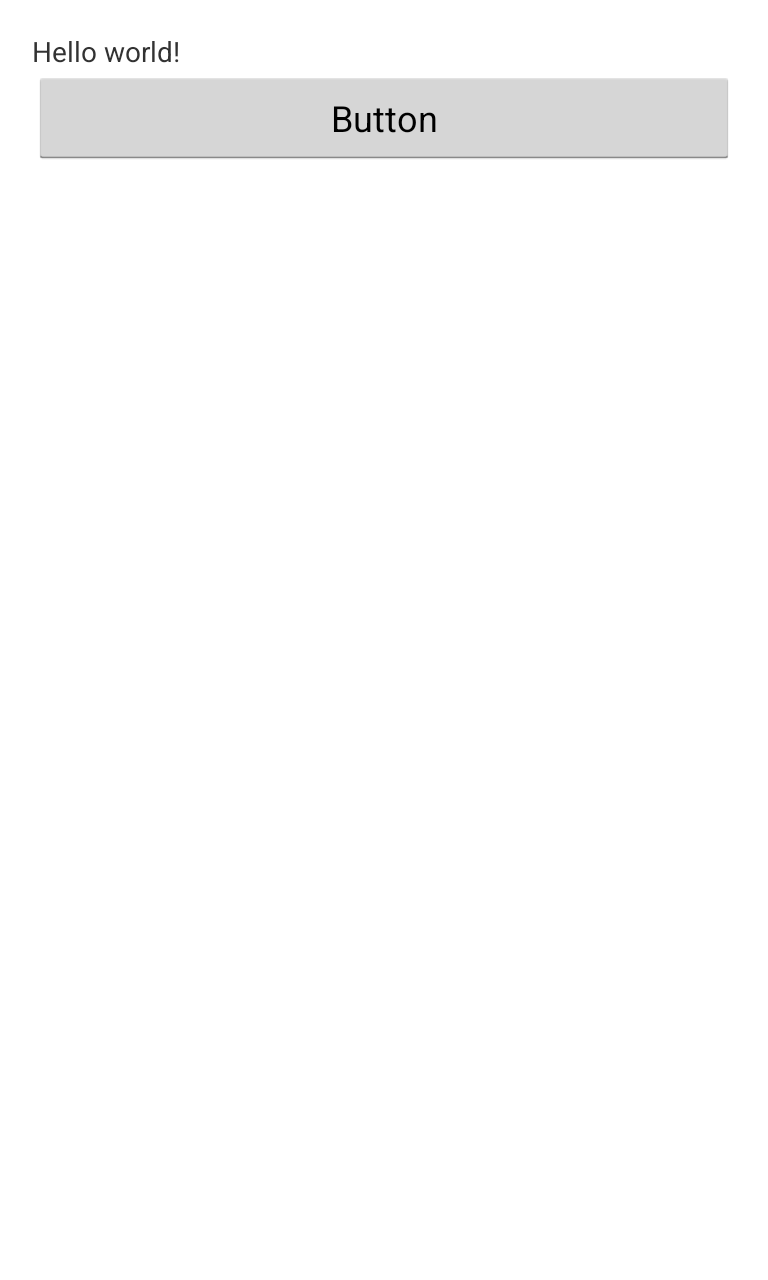
Repository: gperedo/AllAndroid
Layout: UltimateEmailIDEngine/res/layout/my_main.xml
An editor plug-in stored every save of this project. The layout is shown before and after the next save, followed by the edit.
It is drawn on a 768 x 1280 px phone screen (xhdpi) without system bars, with theme AppTheme; the app's code is not run.

Above is the layout before, as saved 2014-01-17 07:03:24.

After the next save:
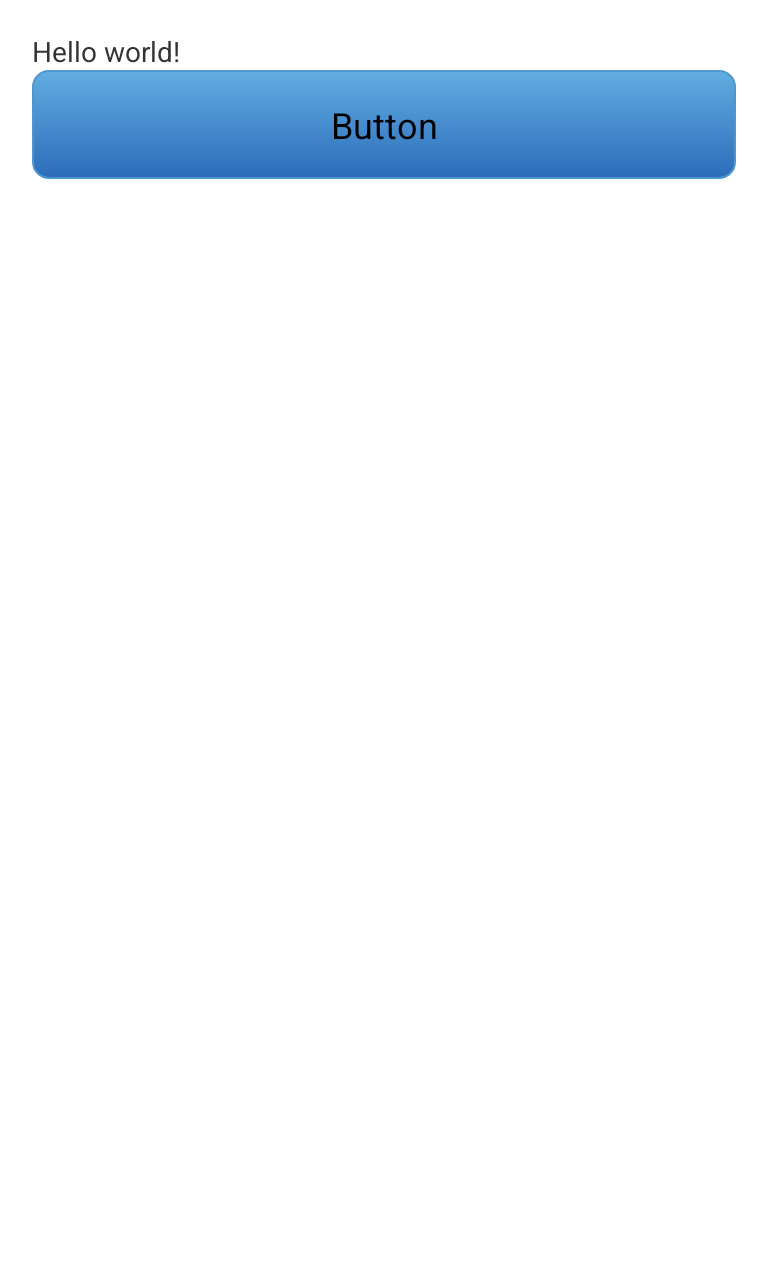
Saved 7 min 59 s later.
--- a/UltimateEmailIDEngine/res/layout/my_main.xml
+++ b/UltimateEmailIDEngine/res/layout/my_main.xml
@@ -21,6 +21,7 @@
         android:layout_alignLeft="@+id/textView1"
         android:layout_alignParentRight="true"
         android:layout_below="@+id/textView1"
+        android:background="@drawable/custom_button_selector"
         android:text="Button" />
 
 </RelativeLayout>
